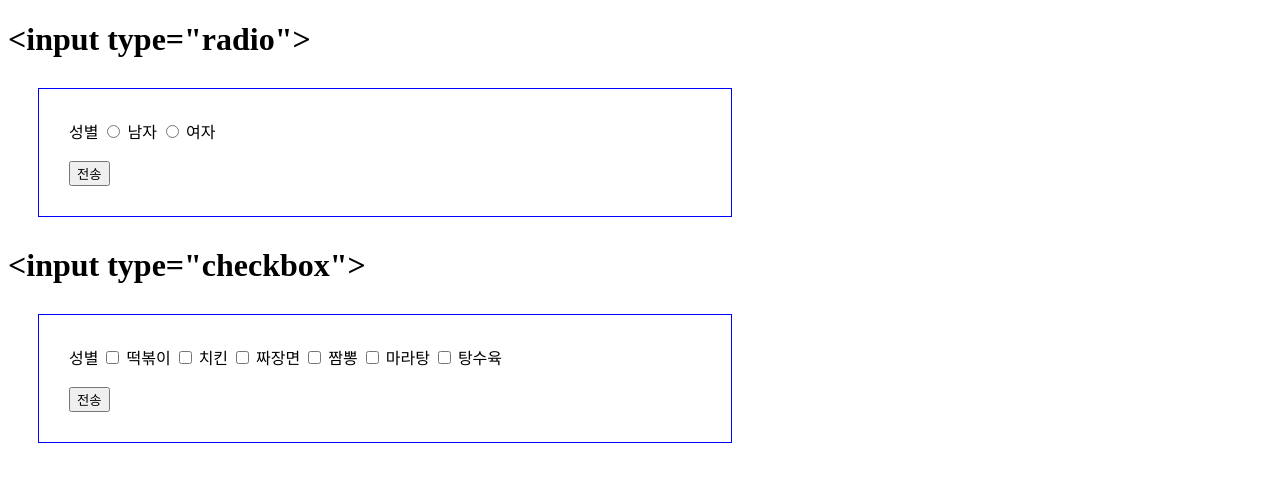
Repository: windy9109/FrontendClass
Page: webpro/src/main/webapp/0225/radio_checkbox.html
These files come from the project's save history. The page is drawn as it stood at one moment and after the next save; the edit follows.
The browser window is 1280 px wide. The pictures show the whole page.

Above is the page before, as saved 2022-02-25 07:47:06.

After the next save:
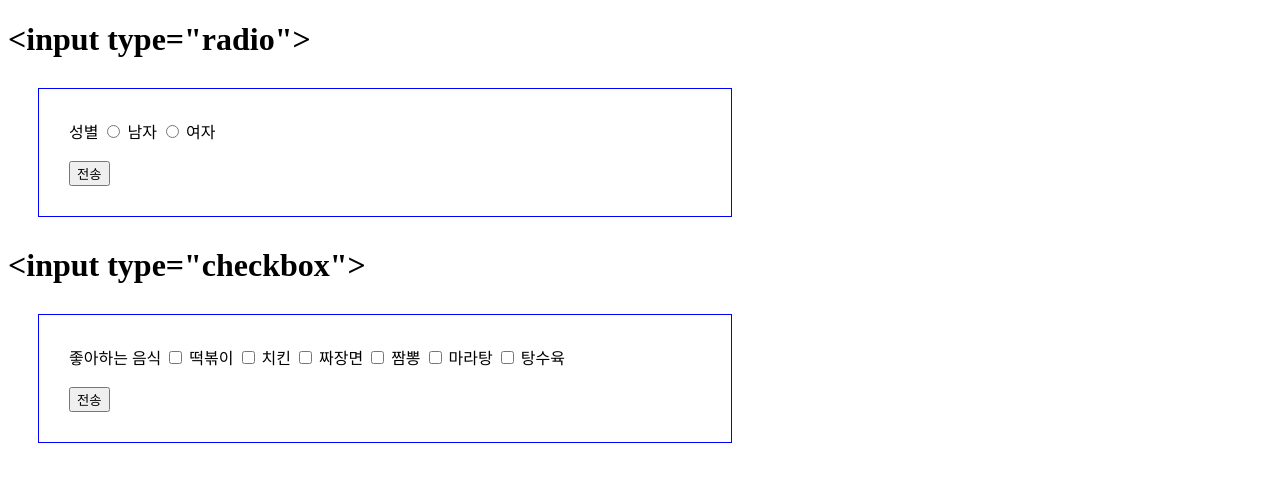
Saved 26 s later.
--- a/webpro/src/main/webapp/0225/radio_checkbox.html
+++ b/webpro/src/main/webapp/0225/radio_checkbox.html
@@ -30,7 +30,7 @@
 
 <h1>&lt;input type="checkbox"></h1>
 <form action ="radio.jsp" method="post">
-<label>성별</label>
+<label>좋아하는 음식</label>
 	<input type="checkbox" name="food" value="떡볶이"> 떡볶이
 	<input type="checkbox" name="food" value="치킨"> 치킨
 	<input type="checkbox" name="food" value="짜장면"> 짜장면
